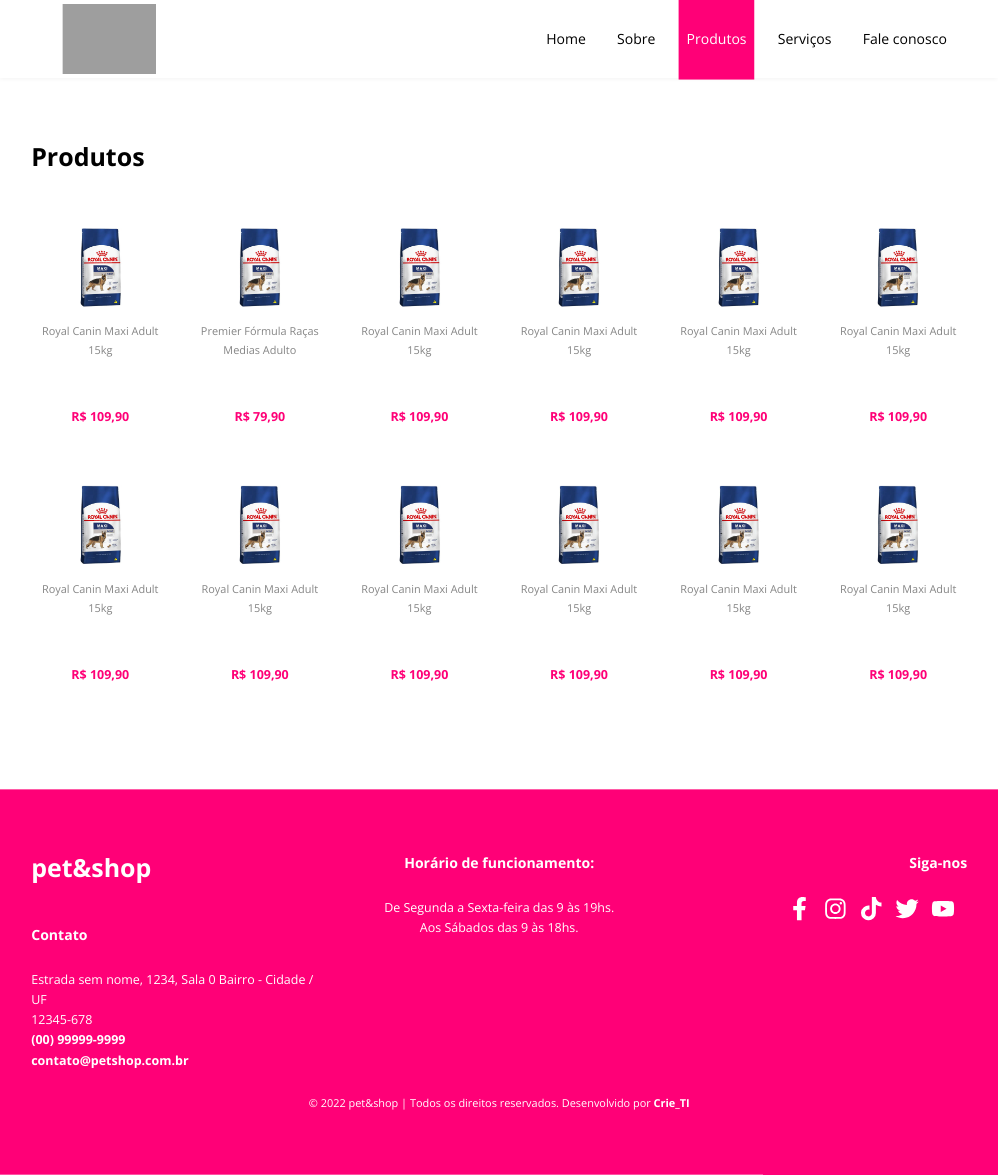
Repository: EzequielKaiber/pet-e-shop
Page: produtos.html
These files come from the project's save history. The page is drawn as it stood at one moment and after a run of saves; the edit follows.
The browser window is 1280 px wide. The pictures show the whole page, at 78% of full size.
Pictures or frames that could not be fetched are drawn as grey boxes.

Above is the page before, as saved 2022-04-25 15:47:27.

### produtos.html
<!DOCTYPE html>
<html lang="en">
<head>
    <meta charset="UTF-8">
    <meta http-equiv="X-UA-Compatible" content="IE=edge">
    <meta name="viewport" content="width=device-width, initial-scale=1.0">
    <title>Produtos</title>
    <link rel="stylesheet" href="css/header.css">
    <link rel="stylesheet" href="css/style.css">
    <link rel="stylesheet" href="css/footer.css">
    <link href="https://fonts.googleapis.com/css2?family=Open+Sans:wght@400;700&display=swap" rel="stylesheet">
</head>
<body class="page-produtos">
    <header>
        <div class="container">
            <div class="header-itens">
                <a href="./">
                    <div class="logo" style="background-image: url(img/logo-colored.svg);"></div>
                </a>
                <nav class="menu">
                    <ul>
                        <li>
                            <a href="./index.html">Home</a>
                        </li>
                        <li>
                            <a href="./sobre.html">Sobre</a>
                        </li>
                        <li class="active">
                            <a href="./produtos.html">Produtos</a>
                        </li>
                        <li>
                            <a href="./servicos.html">Serviços</a>
                        </li>
                        <li>
                            <a href="./fale-conosco.html">Fale conosco</a>
                        </li>
                    </ul>
                </nav>
            </div>
        </div>
    </header>
    <div class="container">
        <div class="produtos-list">
            <div class="title">
                <h2>Produtos</h2>
            </div>
            <div class="cards-produtos">
                <div class="card">
                    <div class="image" style="background-image: url(img/Produtos/product-1.webp);"></div>
                    <small>Royal Canin Maxi Adult 15kg</small>
                    <span>R$ 109,90</span>
                </div>
                <div class="card">
                    <div class="image" style="background-image: url(img/Produtos/product-1.webp);"></div>
                    <small>Premier Fórmula Raças Medias Adulto</small>
                    <span>R$ 79,90</span>
                </div>
                <div class="card">
                    <div class="image" style="background-image: url(img/Produtos/product-1.webp);"></div>
                    <small>Royal Canin Maxi Adult 15kg</small>
                    <span>R$ 109,90</span>
                </div>
                <div class="card">
                    <div class="image" style="background-image: url(img/Produtos/product-1.webp);"></div>
                    <small>Royal Canin Maxi Adult 15kg</small>
                    <span>R$ 109,90</span>
                </div>
                <div class="card">
                    <div class="image" style="background-image: url(img/Produtos/product-1.webp);"></div>
                    <small>Royal Canin Maxi Adult 15kg</small>
                    <span>R$ 109,90</span>
                </div>
                <div class="card">
                    <div class="image" style="background-image: url(img/Produtos/product-1.webp);"></div>
                    <small>Royal Canin Maxi Adult 15kg</small>
                    <span>R$ 109,90</span>
                </div>
                <div class="card">
                    <div class="image" style="background-image: url(img/Produtos/product-1.webp);"></div>
                    <small>Royal Canin Maxi Adult 15kg</small>
                    <span>R$ 109,90</span>
                </div>
                <div class="card">
                    <div class="image" style="background-image: url(img/Produtos/product-1.webp);"></div>
                    <small>Royal Canin Maxi Adult 15kg</small>
                    <span>R$ 109,90</span>
                </div>
                <div class="card">
                    <div class="image" style="background-image: url(img/Produtos/product-1.webp);"></div>
                    <small>Royal Canin Maxi Adult 15kg</small>
                    <span>R$ 109,90</span>
                </div>
                <div class="card">
                    <div class="image" style="background-image: url(img/Produtos/product-1.webp);"></div>
                    <small>Royal Canin Maxi Adult 15kg</small>
                    <span>R$ 109,90</span>
                </div>
                <div class="card">
                    <div class="image" style="background-image: url(img/Produtos/product-1.webp);"></div>
                    <small>Royal Canin Maxi Adult 15kg</small>
                    <span>R$ 109,90</span>
                </div>
                <div class="card">
                    <div class="image" style="background-image: url(img/Produtos/product-1.webp);"></div>
                    <small>Royal Canin Maxi Adult 15kg</small>
                    <span>R$ 109,90</span>
                </div>
            </div>
        </div>
    </div>
    <footer>
        <div class="container">
            <div class="footer-itens">
                <div class="footer-item">
                    <h2>pet&shop</h2>
                    <ul>
                        <li class="title">Contato</li>
                        <li>Estrada sem nome, 1234, Sala 0 Bairro - Cidade / UF</li>
                        <li>12345-678</li>
                        <li><a href="tel:(00) 99999-9999">(00) 99999-9999</a></li>
                        <li><a href="mailto:contato@petshop.com.br">contato@petshop.com.br</a></li>
                    </ul>
                </div>
                <div class="footer-item dflex alg-center jcc f-col">
                    <h1>Horário de funcionamento:</h1>
                    <p>De Segunda a Sexta-feira das 9 às 19hs.</p>
                    <p>Aos Sábados das 9 às 18hs.</p>
                </div>
                <div class="footer-item social-items">
                    <h1>Siga-nos</h1>
                    <div class="social">
                        <a href="#">
                            <svg xmlns="http://www.w3.org/2000/svg" viewBox="0 0 320 512"><!--! Font Awesome Pro 6.1.1 by @fontawesome - https://fontawesome.com License - https://fontawesome.com/license (Commercial License) Copyright 2022 Fonticons, Inc. --><path d="M279.14 288l14.22-92.66h-88.91v-60.13c0-25.35 12.42-50.06 52.24-50.06h40.42V6.26S260.43 0 225.36 0c-73.22 0-121.08 44.38-121.08 124.72v70.62H22.89V288h81.39v224h100.17V288z"/></svg>
                        </a>
                        <a href="#">
                            <svg xmlns="http://www.w3.org/2000/svg" viewBox="0 0 448 512"><!--! Font Awesome Pro 6.1.1 by @fontawesome - https://fontawesome.com License - https://fontawesome.com/license (Commercial License) Copyright 2022 Fonticons, Inc. --><path d="M224.1 141c-63.6 0-114.9 51.3-114.9 114.9s51.3 114.9 114.9 114.9S339 319.5 339 255.9 287.7 141 224.1 141zm0 189.6c-41.1 0-74.7-33.5-74.7-74.7s33.5-74.7 74.7-74.7 74.7 33.5 74.7 74.7-33.6 74.7-74.7 74.7zm146.4-194.3c0 14.9-12 26.8-26.8 26.8-14.9 0-26.8-12-26.8-26.8s12-26.8 26.8-26.8 26.8 12 26.8 26.8zm76.1 27.2c-1.7-35.9-9.9-67.7-36.2-93.9-26.2-26.2-58-34.4-93.9-36.2-37-2.1-147.9-2.1-184.9 0-35.8 1.7-67.6 9.9-93.9 36.1s-34.4 58-36.2 93.9c-2.1 37-2.1 147.9 0 184.9 1.7 35.9 9.9 67.7 36.2 93.9s58 34.4 93.9 36.2c37 2.1 147.9 2.1 184.9 0 35.9-1.7 67.7-9.9 93.9-36.2 26.2-26.2 34.4-58 36.2-93.9 2.1-37 2.1-147.8 0-184.8zM398.8 388c-7.8 19.6-22.9 34.7-42.6 42.6-29.5 11.7-99.5 9-132.1 9s-102.7 2.6-132.1-9c-19.6-7.8-34.7-22.9-42.6-42.6-11.7-29.5-9-99.5-9-132.1s-2.6-102.7 9-132.1c7.8-19.6 22.9-34.7 42.6-42.6 29.5-11.7 99.5-9 132.1-9s102.7-2.6 132.1 9c19.6 7.8 34.7 22.9 42.6 42.6 11.7 29.5 9 99.5 9 132.1s2.7 102.7-9 132.1z"/></svg>
                        </a>
                        <a href="#">
                            <svg xmlns="http://www.w3.org/2000/svg" viewBox="0 0 448 512"><!--! Font Awesome Pro 6.1.1 by @fontawesome - https://fontawesome.com License - https://fontawesome.com/license (Commercial License) Copyright 2022 Fonticons, Inc. --><path d="M448,209.91a210.06,210.06,0,0,1-122.77-39.25V349.38A162.55,162.55,0,1,1,185,188.31V278.2a74.62,74.62,0,1,0,52.23,71.18V0l88,0a121.18,121.18,0,0,0,1.86,22.17h0A122.18,122.18,0,0,0,381,102.39a121.43,121.43,0,0,0,67,20.14Z"/></svg>
                        </a>
                        <a href="#">
                            <svg xmlns="http://www.w3.org/2000/svg" viewBox="0 0 512 512"><!--! Font Awesome Pro 6.1.1 by @fontawesome - https://fontawesome.com License - https://fontawesome.com/license (Commercial License) Copyright 2022 Fonticons, Inc. --><path d="M459.37 151.716c.325 4.548.325 9.097.325 13.645 0 138.72-105.583 298.558-298.558 298.558-59.452 0-114.68-17.219-161.137-47.106 8.447.974 16.568 1.299 25.34 1.299 49.055 0 94.213-16.568 130.274-44.832-46.132-.975-84.792-31.188-98.112-72.772 6.498.974 12.995 1.624 19.818 1.624 9.421 0 18.843-1.3 27.614-3.573-48.081-9.747-84.143-51.98-84.143-102.985v-1.299c13.969 7.797 30.214 12.67 47.431 13.319-28.264-18.843-46.781-51.005-46.781-87.391 0-19.492 5.197-37.36 14.294-52.954 51.655 63.675 129.3 105.258 216.365 109.807-1.624-7.797-2.599-15.918-2.599-24.04 0-57.828 46.782-104.934 104.934-104.934 30.213 0 57.502 12.67 76.67 33.137 23.715-4.548 46.456-13.32 66.599-25.34-7.798 24.366-24.366 44.833-46.132 57.827 21.117-2.273 41.584-8.122 60.426-16.243-14.292 20.791-32.161 39.308-52.628 54.253z"/></svg>
                        </a>
                        <a href="#">
                            <svg xmlns="http://www.w3.org/2000/svg" viewBox="0 0 576 512"><!--! Font Awesome Pro 6.1.1 by @fontawesome - https://fontawesome.com License - https://fontawesome.com/license (Commercial License) Copyright 2022 Fonticons, Inc. --><path d="M549.655 124.083c-6.281-23.65-24.787-42.276-48.284-48.597C458.781 64 288 64 288 64S117.22 64 74.629 75.486c-23.497 6.322-42.003 24.947-48.284 48.597-11.412 42.867-11.412 132.305-11.412 132.305s0 89.438 11.412 132.305c6.281 23.65 24.787 41.5 48.284 47.821C117.22 448 288 448 288 448s170.78 0 213.371-11.486c23.497-6.321 42.003-24.171 48.284-47.821 11.412-42.867 11.412-132.305 11.412-132.305s0-89.438-11.412-132.305zm-317.51 213.508V175.185l142.739 81.205-142.739 81.201z"/></svg>
                        </a>
                    </div>
                </div>
            </div>
            <div class="copy">
                <p>© 2022 pet&shop | Todos os direitos reservados. Desenvolvido por <a target="_blank" href="https://www.univates.br/crieti">Crie_TI</a></p>
            </div>
        </div>
    </footer>
</body>
</html>

### css/header.css
* {
    padding: 0;
    margin: 0;
    box-sizing: border-box;
}
header {
    width: 100%;
    height: 100px;
    background-color: #fff;
    box-shadow: 0 3px 6px 0 rgb(0 0 0 / 5%);
    position: fixed;
    top: 0;
    z-index: 999999;
}
header .header-itens {
    display: flex;
    flex-direction: row;
    justify-content: space-between;
    width: 100%;
    height: 100px;
    align-items: center;
}
header .header-itens .logo {
    width: 200px;
    height: 90px;
    background-position: center;
    background-repeat: no-repeat;
    background-size: contain;
}
header .header-itens .menu {
    display: flex;
    flex-direction: row;
}
header .header-itens .menu ul {
    list-style: none;
    display: flex;
    flex-direction: row;
    margin-right: 16px;
}
header .header-itens .menu ul li {
    height: 100%;
    padding: 38px 10px;
    margin-left: 20px;
}
header .header-itens .menu ul li a {
    font-size: 18px;
    line-height: 28px;
    color: #000;
    text-decoration: none;
    transition: ease-in-out 0.32s;
}
header .header-itens .menu ul li a:hover {
    transition: ease-in-out 0.32s;
    color: #f07;
}
header .header-itens .menu ul li.active {
    background-color: #f07;
}
header .header-itens .menu ul li.active a {
    color: #fff;
}

### css/footer.css
footer {
    background-color: #FF0077;
    padding: 80px 0;
}
footer .footer-itens {
    display: flex;
    flex-direction: row;
    justify-content: space-between;
}
footer .footer-itens .footer-item {
    width: calc(33% - 15px);
    height: fit-content;
}
footer .footer-itens .footer-item h2 {
    font-size: 32px;
    line-height: 42px;
    color: #fff;
    margin-bottom: 50px;
}
footer .footer-itens .footer-item ul {
    list-style: none;
    display: flex;
    flex-direction: column;
}
footer .footer-itens .footer-item ul li.title {
    font-size: 18px;
    line-height: 28px;
    color: #fff;
    font-weight: bold;
    margin-bottom: 30px;
}
footer .footer-itens .footer-item ul li {
    font-size: 16px;
    line-height: 26px;
    color: #fff;
}
footer .footer-itens .footer-item ul li a {
    font-size: 16px;
    line-height: 26px;
    color: #fff;
    font-weight: bold;
    text-decoration: none;
}
footer .footer-itens .footer-item h1 {
    font-size: 18px;
    line-height: 28px;
    color: #fff;
    font-weight: bold;
    margin-bottom: 30px;
}
footer .footer-itens .footer-item.social-items {
    align-items: flex-end;
    justify-content: flex-end;
    display: flex;
    flex-direction: column;
}
footer .footer-itens .footer-item p {
    font-size: 16px;
    line-height: 26px;
    color: #fff;
}
footer .footer-itens .footer-item .social {
    display: flex;
    flex-direction: row;
    align-items: flex-end;
}
footer .footer-itens .footer-item .social a {
    display: block;
    height: 30px;
    width: 30px;
    margin-right: 16px;
}
footer .footer-itens .footer-item .social a svg {
    height: 30px;
    width: 30px;
    fill: #fff;
    transition: ease-in-out 0.32s;
    transform: scale(1) rotate(0deg);
}
footer .footer-itens .footer-item .social a:hover svg {
    transform: scale(1.1) rotate(10deg);
    transition: ease-in-out 0.32s;
}
footer .copy {
    display: flex;
    margin-top: 30px;
    flex-direction: row;
    align-items: center;
    justify-content: center;
}
footer .copy p {
    font-size: 14px;
    line-height: 24px;
    color: #fff;
}
footer .copy p a {
    font-size: 14px;
    line-height: 24px;
    color: #fff;
    font-weight: bold;
    text-decoration: none;
}

Loaded but not shown: css/style.css (481 lines, source omitted)

After the next 2 saves:
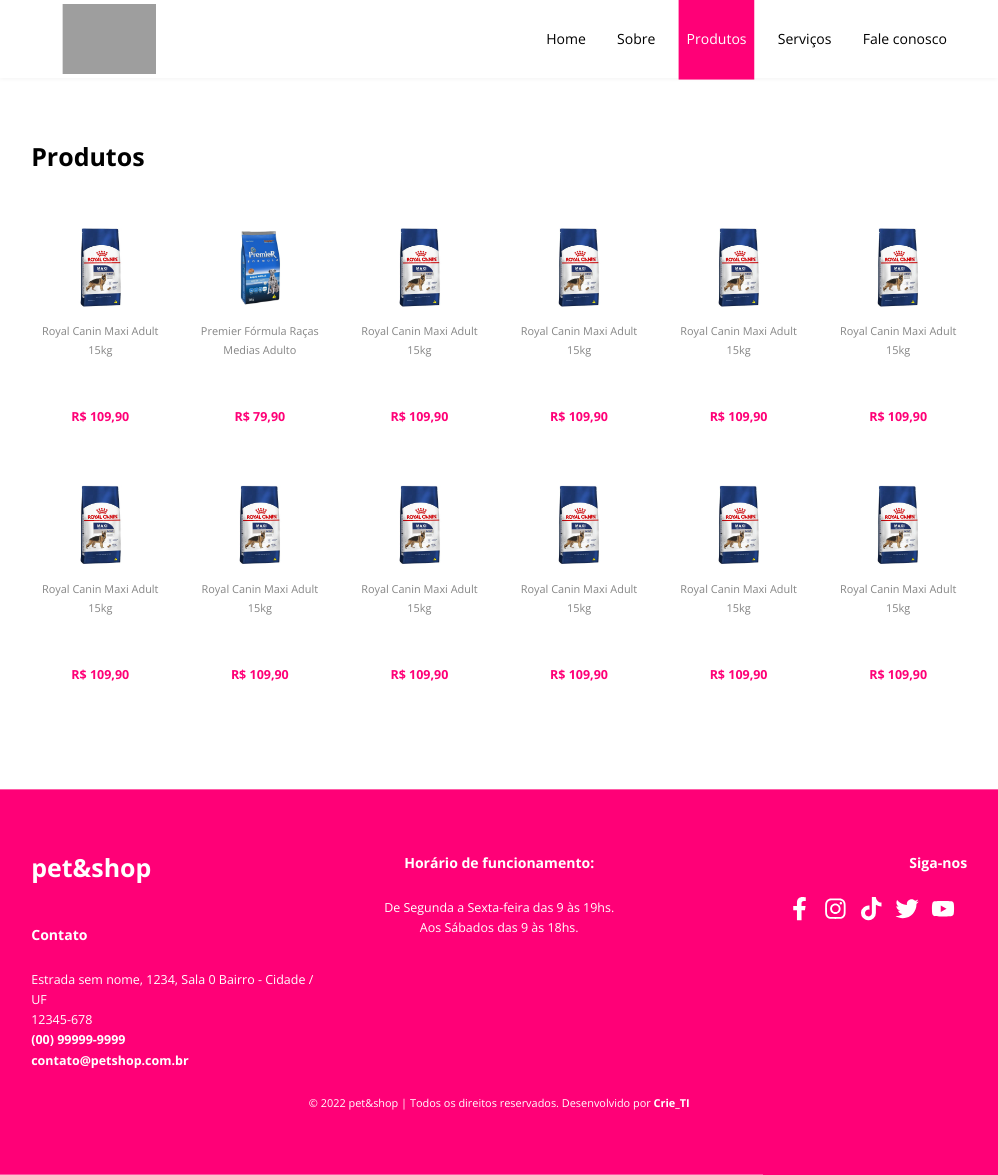
The 2 saves are shown as one change because they came seconds apart.
The last was saved 12 s later.
--- a/produtos.html
+++ b/produtos.html
@@ -51,7 +51,7 @@
                     <span>R$ 109,90</span>
                 </div>
                 <div class="card">
-                    <div class="image" style="background-image: url(img/Produtos/product-1.webp);"></div>
+                    <div class="image" style="background-image: url(img/Produtos/product-2.webp);"></div>
                     <small>Premier Fórmula Raças Medias Adulto</small>
                     <span>R$ 79,90</span>
                 </div>
